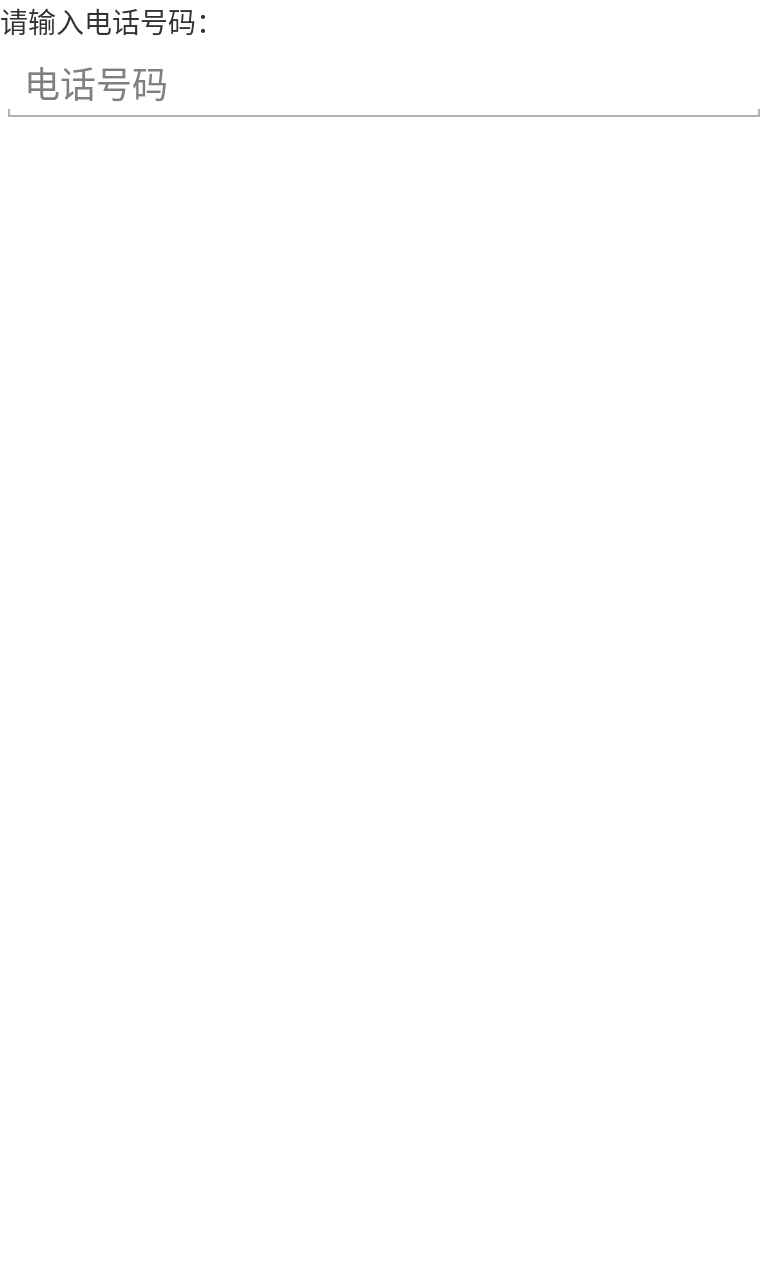
Repository: CiLiNet-Android/courseware
Layout: Android应用与开发环境/SourceCodes/DailUpDemo/res/layout/main.xml
The author's editor kept a copy of each file at every save. The layout is drawn from the files as they stood at one save, then again after the next save.
It is drawn on a 768 x 1280 px phone screen (xhdpi) without system bars, with theme AppTheme; the app's code is not run.

Above is the layout before, as saved 2013-11-09 12:15:25.

### Android应用与开发环境/SourceCodes/DailUpDemo/res/layout/main.xml
<?xml version="1.0" encoding="utf-8"?>
<LinearLayout xmlns:android="http://schemas.android.com/apk/res/android"
    android:layout_width="match_parent"
    android:layout_height="match_parent"
    android:orientation="vertical" >

    <TextView
        android:layout_width="match_parent"
        android:layout_height="wrap_content"
        android:text="@string/please_input_phoneNo"/>

    <EditText
        android:layout_width="match_parent"
        android:layout_height="wrap_content"
       	android:hint="@string/hint_phoneNo"/>


</LinearLayout>

### Android应用与开发环境/SourceCodes/DailUpDemo/res/values/strings.xml
<resources>

    <string name="app_name">Dail Up</string>

    <string name="please_input_phoneNo">请输入电话号码：</string>
    <string name="hint_phoneNo">电话号码</string>

</resources>

Loaded but not shown: Android应用与开发环境/SourceCodes/DailUpDemo/res/values/styles.xml (common file); Android应用与开发环境/SourceCodes/DailUpDemo/res/values-v11/styles.xml (common file); Android应用与开发环境/SourceCodes/DailUpDemo/res/values-v14/styles.xml (common file)

After the next save:
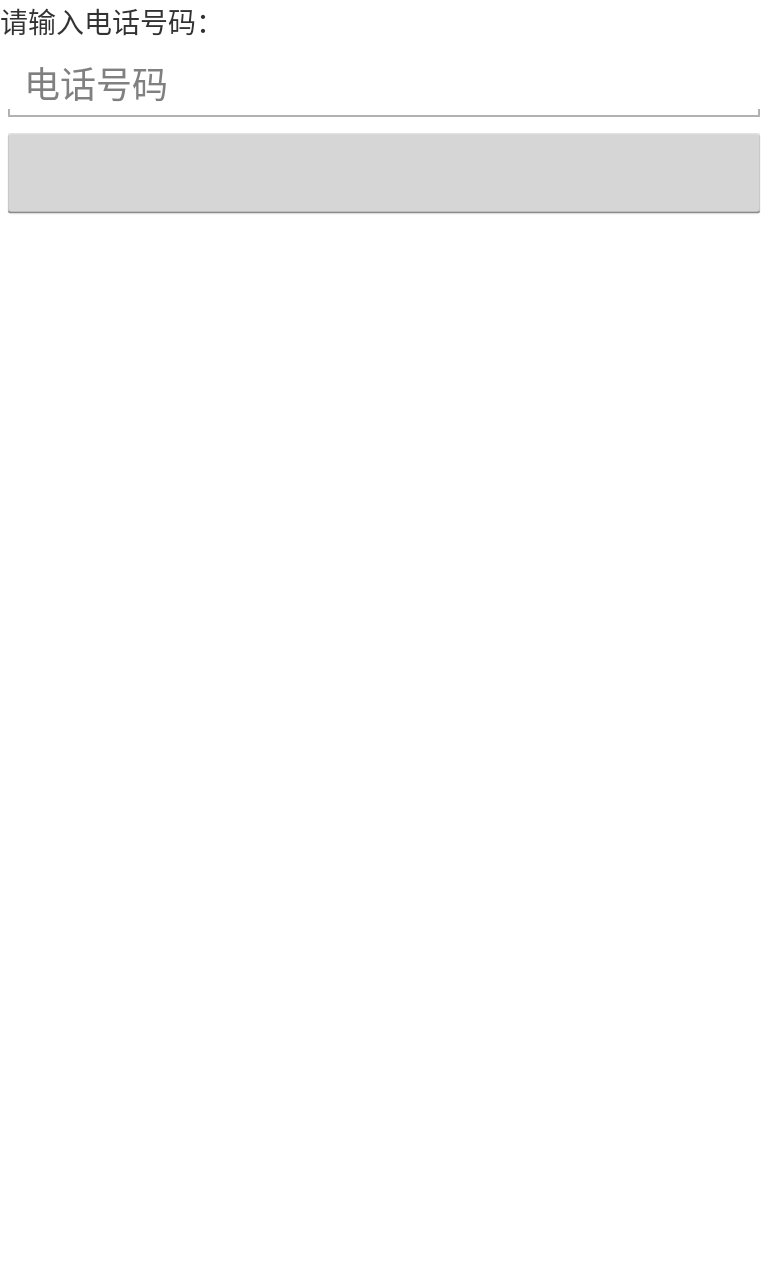
Saved 55 s later.
--- a/Android应用与开发环境/SourceCodes/DailUpDemo/res/layout/main.xml
+++ b/Android应用与开发环境/SourceCodes/DailUpDemo/res/layout/main.xml
@@ -14,5 +14,8 @@
         android:layout_height="wrap_content"
        	android:hint="@string/hint_phoneNo"/>
 
+    <Button
+    	android:layout_width="match_parent"
+    	android:layout_height="wrap_content"/>
 
 </LinearLayout>
